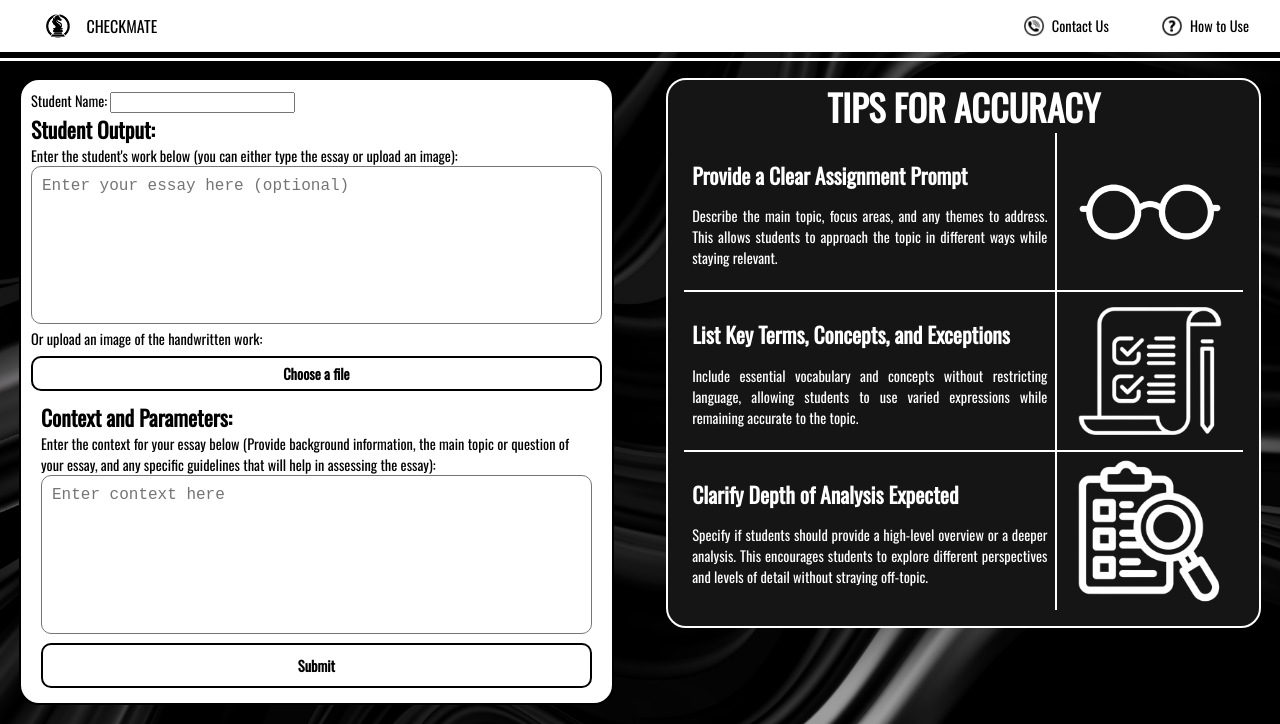
Repository: iiTzXyZ11/CheckMateAI
Page: http://localhost/scan
An editor plug-in stored every save of this project. The page is shown before and after the next save, followed by the edit.
The browser window is 1280 px wide. The pictures show the whole page.
The page is served by the project's application, run on Flask 3 (app.py).

Above is the page before, as saved 2025-01-30 22:28:27.

### templates/index.html
<!DOCTYPE html>
<html lang="en">
    <head>
        <meta charset="UTF-8" >
        <meta name="viewport" content="width=device-width, initial-scale=1.0">
        <title>CheckMate AI</title>
        <link rel="stylesheet" href="{{ url_for('static', filename='css/style.css') }}">
        <link rel="stylesheet" href="{{ url_for('static', filename='css/mobile_test_style.css') }}">
        <link rel="stylesheet" href="{{ url_for('static', filename='css/test_style.css') }}">
        <link rel="icon" type="image/x-icon" href="{{ url_for('static', filename='favicon.ico') }}">
        <link href='https://fonts.googleapis.com/css?family=Oswald' rel='stylesheet'>
        <link rel="apple-touch-icon" sizes="180x180" href="{{ url_for('static', filename='favicons/apple-touch-icon.png', _external=True) }}">
        <link rel="icon" type="image/png" sizes="32x32" href="{{ url_for('static', filename='favicons/favicon-32x32.png', _external=True) }}">
        <link rel="icon" type="image/png" sizes="16x16" href="{{ url_for('static', filename='favicons/favicon-16x16.png', _external=True) }}">
        <link rel="manifest" href="{{ url_for('static', filename='favicons/site.webmanifest', _external=True) }}">
    </head>
    <body>
        <header class="header">
            <div class="header-text">
                <img src="{{ url_for('static', filename='css/images/logo_black.jpg') }}" alt="CheckMate Logo">
                <p>CHECKMATE</p>
            </div>

            <div class="header-buttons">
                <a href="{{ url_for('contact') }}" class="header-link">
                    <img src="{{ url_for('static', filename='css/images/contact.png') }}" class="contact-icon" alt="Contact Icon">
                    Contact Us
                </a>
                <a href="https://www.youtube.com/watch?v=Ia6pL32Ip8I&ab_channel=CheckMateAI"
                target="_blank"
                rel="noopener noreferrer"
                class="header-link">
                    <img src="{{ url_for('static', filename='css/images/question_mark.png') }}" class="qm-icon" alt="Help Icon">
                    How to Use
                </a>
            </div>
        </header>
        <div class="top-bar"></div>

        <div class="content-wrapper">

            <div class="container">
                <div class="box">
                    <form method="POST" enctype="multipart/form-data">
                        <label for="student_name">Student Name:</label>
                        <input type="text" id="student_name" name="student_name" required>
                    <h2>Student Output:</h2>
                    <form action="{{ url_for('index') }}" method="POST" enctype="multipart/form-data">
                        <p>Enter the student's work below (you can either type the essay or upload an image):</p>
                        <textarea name="essay" placeholder="Enter your essay here (optional)"></textarea>
                        <p>Or upload an image of the handwritten work:</p>
                        <label class="custom-file-upload">
                            Choose a file
                            <input type="file" name="image" accept="image/*" style="display: none;" onchange="updateFileName()" />
                        </label>
                        <div id="file-name" style="margin-top: 10px; color: black;"></div> <!-- Display the file name here -->

                        <div class="box1">
                            <h2 style="color: black">Context and Parameters:</h2>
                            <p>Enter the context for your essay below (Provide background information, the main topic or question of your essay, and any specific guidelines that will help in assessing the essay):</p>
                            <textarea name="context" placeholder="Enter context here" required>{{ context }}</textarea>
                            <button type="submit">Submit</button>
                        </div>
                    </form>
                </div>
            </div>

            <div class="tips-wrapper">
                <div class="tips-container">
                    <h1>TIPS FOR ACCURACY</h1>
                        <div class="tips-grid">
                            <div class="tip1">
                                <h2>Provide a Clear Assignment Prompt</h2>
                                <p>Describe the main topic, focus areas, and any themes to address. This allows students to approach the topic in different ways while staying relevant.</p>
                            </div>

                            <div class="tip2">
                                <img class="glasses" src="static/css/images/tips/Glasses.png" alt="Glasses Icon" loading="lazy">
                            </div>

                            <div class="tip3">
                                <h2>List Key Terms, Concepts, and Exceptions</h2>
                                <p>Include essential vocabulary and concepts without restricting language, allowing students to use varied expressions while remaining accurate to the topic.</p>
                            </div>

                            <div class="tip4">
                                <img class="list" src="static/css/images/tips/List.png" alt="List Icon" loading="lazy">
                            </div>

                            <div class="tip5">
                                <h2>Clarify Depth of Analysis Expected</h2>
                                <p>Specify if students should provide a high-level overview or a deeper analysis. This encourages students to explore different perspectives and levels of detail without straying off-topic.</p>
                            </div>

                            <div class="tip6">
                                <img class="board" src="static/css/images/tips/Board.png" alt="Board Image" loading="lazy">
                            </div>
                        </div>
                    </div>
                </div>
            </div>
        </div>

        <script>
            // Function to display the file name
            function updateFileName() {
                const fileInput = document.querySelector('input[type="file"]');
                const fileNameDisplay = document.getElementById('file-name');
                if (fileInput.files.length > 0) {
                    fileNameDisplay.textContent = "Selected file: " + fileInput.files[0].name;
                }
            }
        </script>
    </body>
</html>

### static/css/style.css
@import url('https://fonts.googleapis.com/css?family=Oswald');

@font-face {
  font-family: 'Agrandir Wide';
  src: url('..fonts/Agrandir-WideBlackItalic.woff2') format('woff2'),
      url('../fonts/Agrandir-WideBlackItalic.woff') format('woff');
  font-weight: 900;
  font-style: italic;
  font-display: swap;
}

@font-face {
  font-family: 'Agrandir';
  src: url('../fonts/Agrandir-Regular.woff') format('woff'),
      url('../fonts/Agrandir-Regular.woff2') format('woff2');
  font-weight: normal;
  font-style: normal;
  font-display: swap;
}

body {
  gap: 0rem;
  grid-template-rows: repeat(auto-fill, minmax(100px, 1fr));
  margin: 0;
  font-family: 'Oswald';
  background-image: url('background.jpg');
  background-size: cover;

  overflow-x: hidden;
}

.top-bar{
  position: absolute;
  background-color: white;
  top:clamp(4.1rem, 25vw, 4.7rem);
  height: 0.5vh;
  width: 100%;
  margin:0;
}

.header {
  display: grid;
  grid-template-columns: 1fr 1fr;
  align-items: center; /* Allow items to align themselves */
  background-color: white;
  z-index: 1000;
  padding: 8px;
  height:fit-content;
}

.header-text {
  display: flex; /* Make it a flex container */
  align-items: center; /* Center content vertically */
  background: transparent;
  font-size: clamp(0.4rem,3vh,1rem);
}

.header-text p {
  margin: 0
}

.header-text img {
  display: block; /* Ensures the image respects width settings */
  width: clamp(1.5rem,3vh, 2rem); /* Optional: Prevents the image from exceeding a specific size */
  height: auto; /* Maintains the aspect ratio */
  margin-left: 3vw; /* Space from the left */
  margin-right: 1rem; /* Space between image and text */
  margin-top: 0rem;
  margin-bottom: 0rem;
}
.header-buttons {
  background: transparent;
  gap: 3vw;
  display: flex; /* Flex container for its own children */
  align-items: center; /* Center its own children vertically */
  font-size: clamp(0.4rem,3vh,0.9rem);
  margin-left: auto;
  margin-right: 1rem;

}

.header-buttons a {
  transition: border-color 0.3s;
  font-family: 'Oswald';
  color: black;
  text-decoration: none; /* Remove underline from links */
  padding: 0.8vh 1.5vh; /* Add padding */
  border: 2px solid transparent; /* Optional border for button */
  display: flex; /* Align icon and text */
  align-items: center; /* Center vertically */
  padding: 5px;
}

.header-buttons a:hover {
  border-color: black; /* Hover background */
}

.main{
  margin-top: 0.5rem;
  display: grid;
  grid-template-rows: 2fr 1fr;
  width: 100%;
  height: 100vh;
  color:#ffffff;
  align-items: center;
}

.top {
  margin:0;
  display: grid;
  grid-template-rows: 0.3fr 0.3fr;
  padding: 0vh 2vw;
  background: transparent;
}

.head img {
  display:flex;
  width:clamp(10rem, 40vw, 50rem); /* Set desired width */
  height: auto; /* Maintain aspect ratio */
  margin: 0 auto; /* Center horizontally within its parent */
  background-color: transparent;
}

.head {
  display: flex;
  flex-direction: column;
  width: 100%;
  background: transparent;
}

.title {
  display: flex; /* Use flexbox for alignment */
  justify-content: center; /* Center horizontally */
  align-items: center; /* Center vertically */
  text-align: center; /* Ensure the text itself is aligned */
  background: transparent;
  background-image: url('images/ribbon.png');
  background-position: center;
  background-repeat: no-repeat;
  background-size: clamp(9rem, 28vw, 24rem);
  height: clamp(7.5vh, 13vw, 100vh); /* Ensure sufficient height */
}

.head h2{
  margin:0;
  background: transparent;
  text-align: center;
}

.title h1 {
  margin-bottom: clamp(1rem,4vw, 100rem); /* Remove default margins */
  color: black;
  transform: rotate(355deg); /* Keep the rotation */
  font-size: clamp(1rem, 5vw, 25px); /* Ensure font scales appropriately */
}

.head h2{
  font-size: large;
  margin-bottom: 0.5rem;
}

.top a{
  margin-top: 1rem;
  display: block;
  align-self: center;
  justify-self: center;
  border: 4px solid white;
  background-color: transparent;
  color: white;
  text-decoration: none;
  font-size: 1rem;
  padding: .3vw 1vw;
  transition: color 0.3s, text-decoration 0.3s, border-color 0.3s;
  width: fit-content;
}

.top a:hover {
  font-weight: bold;
  color: black;
  text-decoration: underline 1px black;
  text-underline-offset: 6px;
  background-color: white;
  border-color: white;
  text-decoration-thickness: 2px;
  transition: color 0.3s, text-decoration 0.3s, background-color 0.3s, border-color 0.3s;
}

.top .desc {
  margin:0;
  background: transparent;
  display: block;
  width: 100%;
  text-align: center;
  font-size: clamp(10px, 3vw, 20px);
}

.bottom {
  display: flex; /* Enable flexbox on the parent container */
  flex-direction: column; /* Ensure the flex direction is vertical */
  justify-content: flex-end; /* Align items at the bottom */
  background: transparent;
  width: 100%;
  height: 100%;
}

.chessboard {
  width: 100%; /* Full viewport width */
  height: 100%; /* Scale proportionally */
}

.disclaimer {
  position: absolute; /* Allows the disclaimer to be positioned over the chessboard */
  bottom: 0; /* Aligns the disclaimer at the bottom of the parent container */
  color: white;
  background: black;
  border: 4px solid white;
  border-radius: 1rem;
  font-family: 'Oswald';
  font-size: clamp(0.5rem,2vw,0.8rem);
  align-self: center;
  text-align: center;
  padding: 5px;
  width: auto;
}

.header-bar {
  background-color: transparent;
  color: #fff;
  padding: 10px;
  text-align: center;
}


.button-container {
  text-align: center;
  margin-top: 30px;
}

.form-container,
.criteria-container {
  flex: 1;
  display: flex;
  flex-direction: column;
}

.criteria-container {
  margin-right: 20px;
}

.criteria-container table {
  width: 100%;
  border-collapse: collapse;
}

.criteria-container th,
.criteria-container td {
  border: 2px solid black;
  padding: 12px;
  text-align: center;
  font-size: 30px;
}

.criteria-container th {
  font-size: 25px;
}

.criteria {
  font-size: 36px;
  color: #333;
  padding: 40px;
  margin: 0 auto;
  background-color: #d9d9dd;
  border: 2px solid #3b1a08;
  border-radius: 10px;
  text-align: center;
  display: inline-block;
}

/* Button Styles */
.button,
.link-button,
.container button[type="submit"],
.small-button {
  background-color: #ffffff;
  border: 2px solid black;
  border-radius: 10px;
  color: black;
  padding: 10px 20px;
  text-decoration: none;
  cursor: pointer;
  font-family: 'Oswald';
  margin: 5px 0;
  display: inline-block;
  transition: background-color 0.3s, color 0.3s, border-color 0.3s; /* Add transition */
  font-weight: bold;
}

.button:hover,
.link-button:hover,
.container button[type="submit"]:hover,
.small-button:hover {
  background-color: black;
  color: #fff;
  border-color: black;
  font-weight: bold;
}

/* FRONT_PAGE.HTML */
/* Shared styles */

.desc{
  width: 28vw;
  font-size: 1.2em;
}

.contact-icon,
.qm-icon {
  width: 3vh; /* Consistent size */
  height: auto; /* Maintain aspect ratio */
  margin-right: 1vh; /* Space between icon and text */
}

.contact-icon {
  color: black;
}

.qm-icon {
  color: black;
}

.results-container {
  display: flex;
  flex-direction: column; /* Stacks items vertically */
  width: 80%;
  justify-self: center; /* Centers items horizontally */
  background: white;
  border: 2px solid black;
  border-radius: 20px;
  padding: 15px;
  margin-top: 10vh;
  font-size: clamp(10px, 3vw, 20px);
}

.results-container h2{
  font-size: clamp(1rem, 5vw, 45px);
}

.desktop{
  display:none;
}

.stuff{
  display: flex;
  flex-direction: column;
}

@media only screen and (min-width: 720px){
  #mobile{
    display:none;
  }

  .desktop{
    display:contents;
  }

  .top-bar{
    top:clamp(3.6rem, 8vh, 5.3rem);
  }

  .bottom .chessboard{
    display: none;
  }

  .disclaimer{
    border:  solid white;
    font-size: clamp(0.4rem,0.7vw,0.8rem);
  }

  .head{
    display:grid;
    grid-template-columns: 1fr 1fr;
  }

  .desktop .head img{
    align-self: left;
    margin: 0 auto;
    margin-top: 9%;
    width:clamp(5rem, 25vw, 50rem); /* Set desired width */
  }

  .title{
    display:flex;
    flex-direction: column;
    margin-top: clamp(1rem, 8vh, 9rem);
  }

  .title h1{
    margin-top: clamp(13rem, 15vw, 23rem);
    font-size: clamp(1rem, 2.5vw, 3rem);
  }

  .title h2{
    margin:0;
    font-size: clamp(9px, 2vw, 100px);
  }

  .title .desc{
    font-size: clamp(9px, 1vw, 100px);
  }

  .stuff a{
    margin-top: 3rem;
    font-size: clamp(0.5rem, 1vh, 1rem);
  }

}

### static/css/mobile_test_style.css
@media (min-width:300px) {

    .content-wrapper {
        margin-top:1vh;
        display: grid;
        gap: 2vh;
        grid-template-columns: repeat(1, minmax(100px, 1fr));
        grid-auto-rows: 1fr;
        background: transparent;
        width: 100%;
        height: fit-content;

    }

    .container{
        background-color: white;
        display: grid;
        grid-template-columns: repeat(1, minmax(auto-fit, 1fr));
        grid-auto-rows: 1fr;
        width: auto-fill;
        height: auto-fill;
        margin: 3%;
        border-radius: 20px;
        border: 2px solid black;
    }


    .box{
        background: transparent;
        margin: 10px 10px 0px 10px;
        font-size: clamp(0.5rem,2vh,2rem);
    }

    .box h2{
        margin: 0;
    }

    .box  textarea, .box1 textarea{
        width: 100%;
        min-height: 22vh; /* might need media queries*/
        height: 100%;
        box-sizing: border-box;
        padding: 10px;
        border-radius: 10px;
        resize: none;
    }

    .box .custom-file-upload {
        padding: 5px 9px;
        border: 2px solid #000;
        border-radius: 10px;
        color: black;
        background-color: #fff;
        text-decoration: none;
        cursor: pointer;
        font-weight: bold;
        margin: 1vh 0;
        display: flex;
        justify-content: center;
        align-items: center;
        transition: background-color 0.3s, border-color 0.3s;
    }

    .box .custom-file-upload:hover {
        background-color: black; /* Hover background color */
        color: white; /* Hover text color */
        border-color: transparent; /* Hover border color */
    }

    .box1{
        background: transparent;
        margin: 0px 10px 10px 10px;
        font-size: clamp(0.5rem,2vh,2rem);
    }

    .box1 h2{
        margin: 0;
    }

    .box1 button {
        width: 100%;
        padding:0;
        border-radius: 10px;
        font-size: clamp(0.4rem,1vh,1.032rem)
    }

    form p{
        margin: 0;
    }


    .tips-wrapper{
        top: 5%;
        display: grid;
        gap: 20px;
        grid-template-columns: repeat(1, minmax(100px, 1fr));
        grid-auto-rows: 1fr;
        background: transparent;
    }

    .tips-container{
        background: #151515;
        display: grid;
        grid-template-columns: repeat(1, minmax(auto-fit, 1fr));
        grid-auto-rows: 1fr 10fr;
        width: auto-fill;
        height: auto-fill;
        margin: 3%;
        border-radius: 20px;
        border: 2px solid white;
        color:white;
    }

    .tips-container h1{
        width: 100%;
        height:80%;
        align-self:center;
        margin: 0;
        text-align: center;
    }


    .tips-grid {
        color: white;
        display: grid;
        gap: 2px;
        grid-template-columns: 2fr 1fr; /* First column is twice as wide as the second */
        background: white;
        margin: 0 0.5rem 0.5rem 0.5rem;
    }

    .tip1, .tip3, .tip5 {
        display: block;
        align-content: center;
        text-align: justify; /* Center text horizontally */
        background: #151515;
        font-size: clamp(0.5rem,1.5vh,10rem);
        padding: 10px;
    }

    .tip1 h2 , .tip3 h2, .tip5 h2 {
        margin-bottom: 0.3vh;
    }

    .tip2, .tip4, .tip6 {
        background: #151515;
    }

    .tip2, .tip4, .tip6 {
        display: flex;
        justify-content: center;
        align-items: center;
    }

    .tip2 img, .tip4 img, .tip6 img{
        width: 80%;
    }
}

### static/css/test_style.css
@media only screen and (min-width: 720px) {
    .content-wrapper{
        background: transparent;
        grid-template-columns: repeat(1,1fr 1fr);
        grid-auto-columns: 1fr;
    }

    .container{
        background-color: white;
        margin: 3%;
    }

    .box  textarea, .box1 textarea{
        font-size: clamp(0.5rem,5vh,1rem);
    }

    .box{
        font-size: clamp(0.9rem,1vh,1.032rem);
    }

    .tips-container h1{
        font-size: clamp(0.8rem, 5vh, 4rem);
    }

    .tips-container img{
        width: clamp(3rem, 20vh, 10rem);
    }

    .tips-grid{
        margin: 0rem 1rem 1rem 1rem;
        grid-template-columns: 2fr 1fr; /* First column is twice as wide as the second */
    }

    .tip1, .tip3, .tip5 {
        font-size: clamp(0.1rem,2vh,1.032rem);
        padding: 0.5rem;
    }


    .tips-container {
        display:flex;
        flex-direction: column;
        color: white;
        top: 100vh;
        height:fit-content
    }

    .box1 button{
        font-size: clamp(0.9rem,1vh,1rem);
    }
}

Loaded but not shown: app.py (273 lines, source omitted)

After the next save:
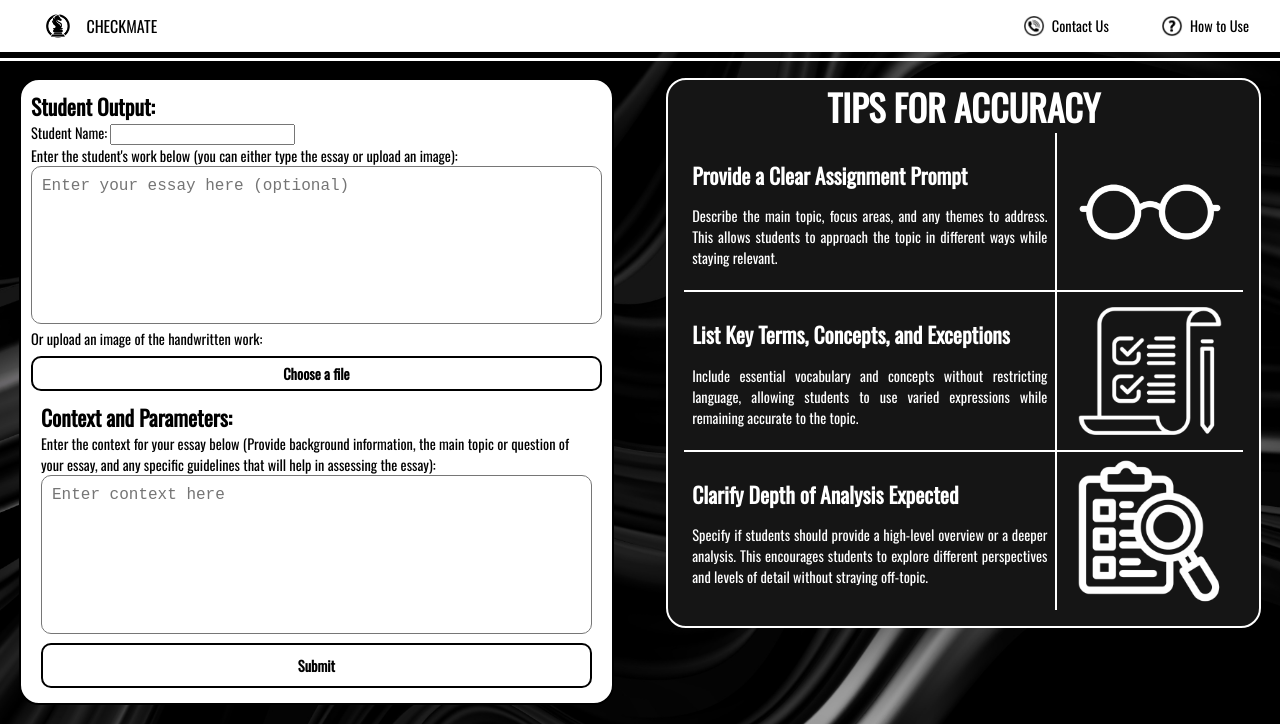
Saved 29 s later.
--- a/templates/index.html
+++ b/templates/index.html
@@ -41,11 +41,11 @@
 
             <div class="container">
                 <div class="box">
-                    <form method="POST" enctype="multipart/form-data">
+                    <h2>Student Output:</h2>
+                    <form action="{{ url_for('index') }}" method="POST" enctype="multipart/form-data">
                         <label for="student_name">Student Name:</label>
                         <input type="text" id="student_name" name="student_name" required>
-                    <h2>Student Output:</h2>
-                    <form action="{{ url_for('index') }}" method="POST" enctype="multipart/form-data">
+
                         <p>Enter the student's work below (you can either type the essay or upload an image):</p>
                         <textarea name="essay" placeholder="Enter your essay here (optional)"></textarea>
                         <p>Or upload an image of the handwritten work:</p>
